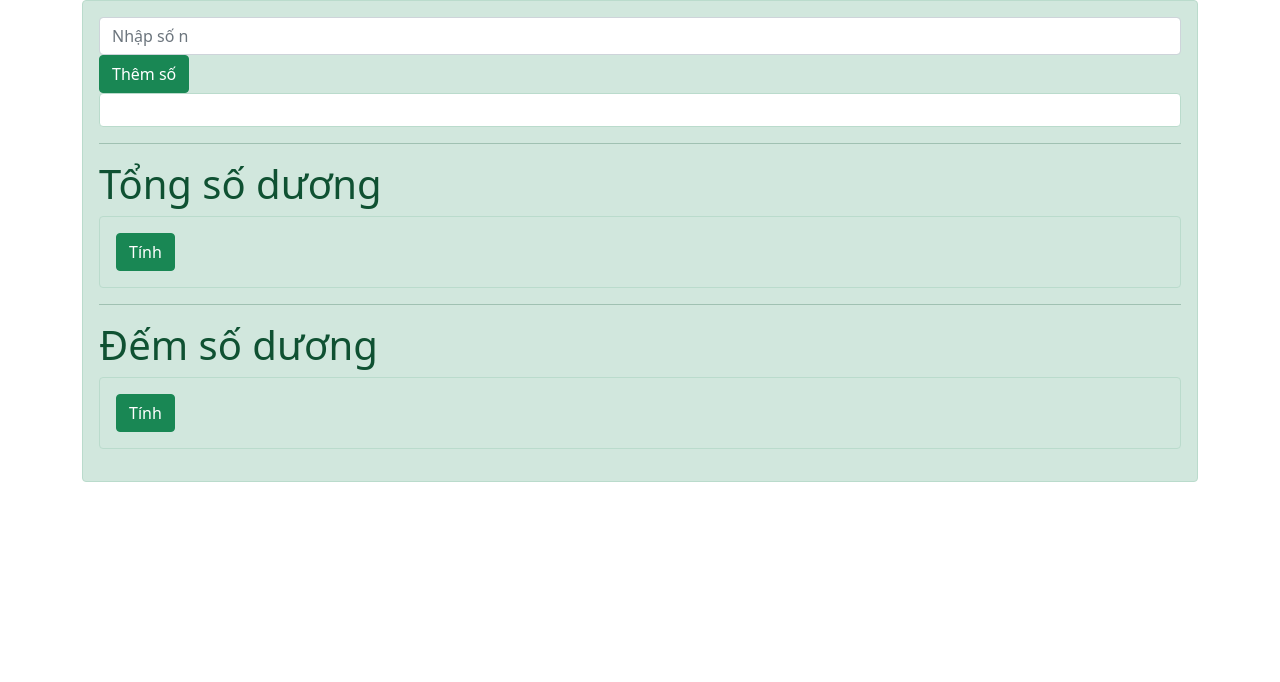
Repository: qkhanh1104k/Js-buoi7-8
Page: index.html
These files come from the project's save history. The page is drawn as it stood at one moment and after the next save; the edit follows.
The browser window is 1280 px wide. The pictures show the whole page.

Above is the page before, as saved 2022-07-26 20:29:00.

After the next save:
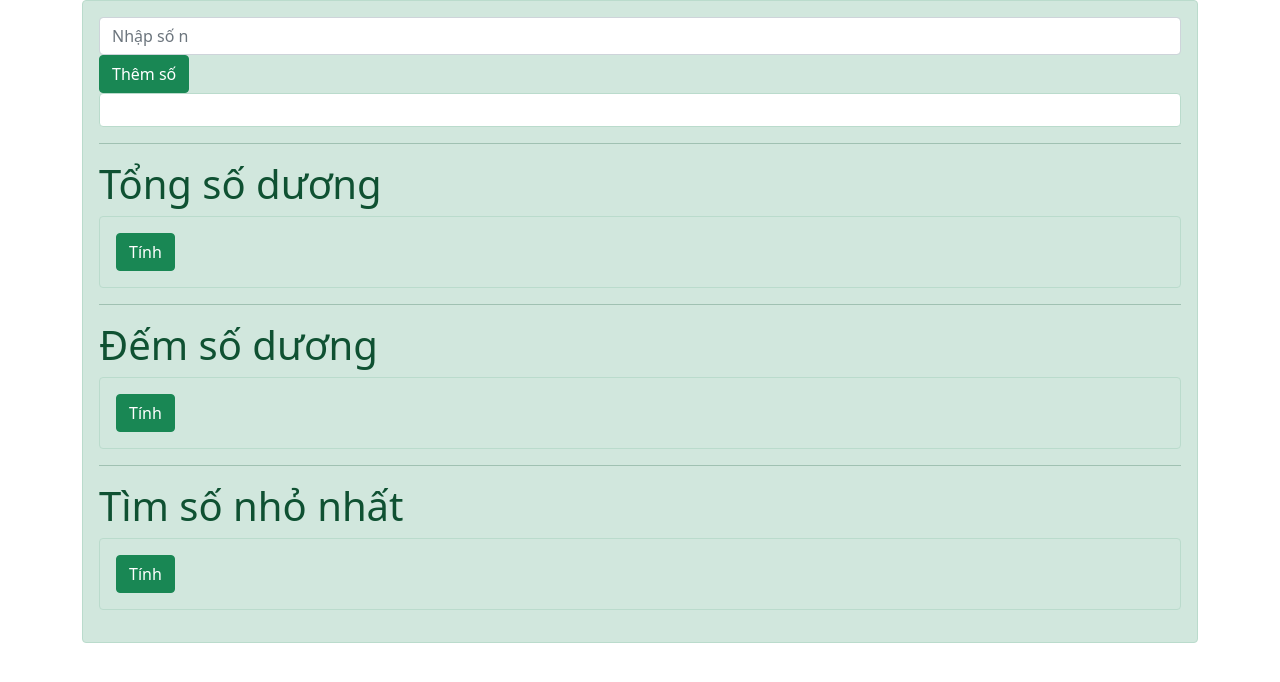
Saved 2 s later.
--- a/index.html
+++ b/index.html
@@ -38,6 +38,13 @@
               <button class="btn btn-success" onclick="calcCountNegative()">Tính</button>
             </div>
           </div>
+          <hr>
+          <h1>Tìm số nhỏ nhất</h1>
+          <div>
+            <div class="alert alert-success" id="resBt4">
+              <button class="btn btn-success" onclick="calcTheSmallest()">Tính</button>
+            </div>
+          </div>
         </div>
       </div>
     </div>
